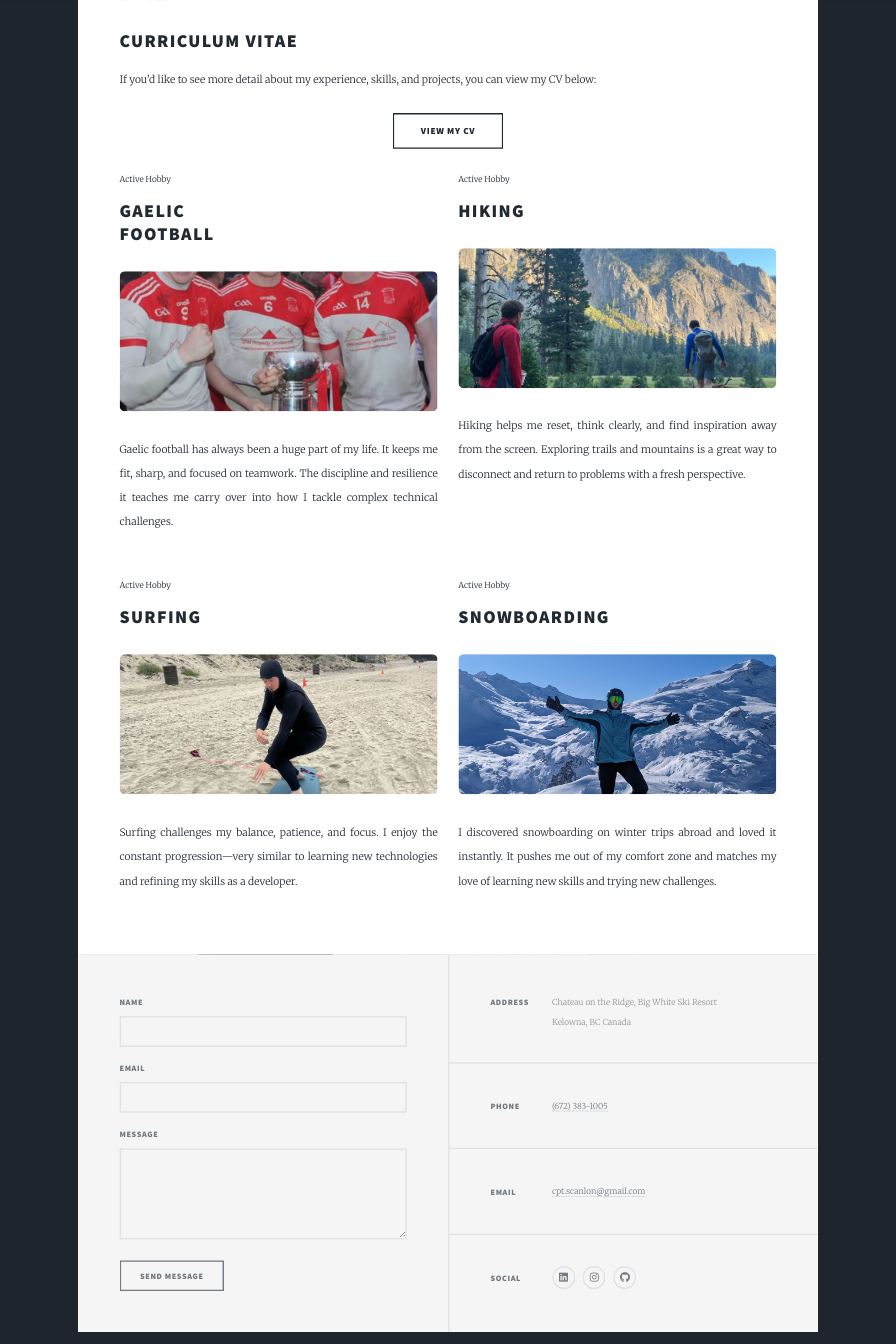
Repository: ciaranscan6/PersonalWebsite
Page: about-me.html
An editor plug-in stored every save of this project. The page is shown before and after the next save, followed by the edit.
The browser window is 1280 px wide. The pictures show the part of the page from y = 1651 to 3571 px (the page is 3689 px tall before and 4652 px after), at 70% of full size.
A picture or video elsewhere on the page could not be fetched, so the positions and the page height are approximate.

Above is the page before, as saved 2025-11-22 03:22:32.

### about-me.html
<!DOCTYPE HTML>
<!--
	Massively by HTML5 UP
	html5up.net | @ajlkn
	Free for personal and commercial use under the CCA 3.0 license (html5up.net/license)
-->
<html>
	<head>
		<title>About Me</title>
		<meta charset="utf-8" />
		<meta name="viewport" content="width=device-width, initial-scale=1, user-scalable=no" />
		<link rel="stylesheet" href="assets/css/main.css" />
		<noscript><link rel="stylesheet" href="assets/css/noscript.css" /></noscript>

		<!-- Small custom styles for the hobbies section -->
		<style>
			/* Force a clean 2×2 grid on larger screens */
			.posts {
				display: grid;
				grid-template-columns: repeat(2, minmax(0, 1fr));
				gap: 2rem;
			}

			@media screen and (max-width: 800px) {
				.posts {
					grid-template-columns: 1fr;
				}
			}

			/* Uniform image area so the text doesn't move when images change */
			.posts .image.fit img {
				width: 100%;
				height: 200px;      /* adjust height if you like */
				object-fit: cover;  /* keeps all images same visual size */
				border-radius: 0.5rem;
				transition: opacity 0.4s ease;
			}

			.posts .image.fit img.fade-out {
				opacity: 0;
			}
		</style>

	</head>
	<body class="is-preload">

		<!-- Wrapper -->
			<div id="wrapper">

				<!-- Header -->
					<header id="header">
						<a href="index.html" class="logo">Ciarán Scanlon</a>
					</header>

				<!-- Nav -->
					<nav id="nav">
						<ul class="links">
							<li><a href="index.html">Projects</a></li>
							<li class="active"><a href="about-me.html">About Me</a></li>
							<li><a href="elements.html">Elements Reference</a></li>
						</ul>
						<ul class="icons">
							<li><a href="#" class="icon brands fa-linkedin"><span class="label">LinkedIn</span></a></li>
							<li><a href="#" class="icon brands fa-facebook-f"><span class="label">Facebook</span></a></li>
							<li><a href="#" class="icon brands fa-instagram"><span class="label">Instagram</span></a></li>
							<li><a href="#" class="icon brands fa-github"><span class="label">GitHub</span></a></li>
						</ul>
					</nav>

				<!-- Main -->
					<div id="main">

						<!-- Post -->
							<section class="post">
								<header class="major">
									<span class="date">November 21, 2025</span>
									<h1>A Bit About Me</h1>
									<p>
										I’m a 23-year-old Computer Science graduate from University College Dublin, originally from Longford, Ireland.
										I’m outgoing, adventurous, and love solving real-world problems with technology.
									</p>
								</header>

								<!-- Main portrait / banner image -->
								<div class="image main">
									<img src="images\IMG_2796.JPG" alt="Photo of Ciarán Scanlon" />
								</div>

								<!-- About Me Content -->
								<p>
									I studied Computer Science at <strong>University College Dublin (UCD)</strong>, where I developed a strong foundation in
									software development, problem solving, and working with others on challenging projects. I’m particularly interested in
									<strong>cybersecurity</strong>, <strong>sustainability</strong>, and building software that can make a meaningful difference
									to people and the planet.
								</p>

								<p>
									I enjoy working on projects where I can learn quickly, think creatively, and collaborate with others. Whether it’s
									designing secure systems, improving user experiences, or experimenting with new technologies, I’m always looking for
									opportunities to grow and contribute.
								</p>

								<!-- CV Button -->
								<section>
									<h2>Curriculum Vitae</h2>
									<p>
										If you’d like to see more detail about my experience, skills, and projects, you can view my CV below:
									</p>
									<ul class="actions special">
										<li>
											<a href="files\Ciarán_Scanlon_CV.pdf" target="_blank" class="button large">
												View My CV
											</a>
										</li>
									</ul>
								</section>

								<!-- Hobbies: Four mini slideshows -->
								<section class="posts">

									<!-- Gaelic Football -->
									<article>
										<header>
											<span class="date">Active Hobby</span>
											<h2><a href="#">Gaelic<br>Football</a></h2>
										</header>
										<a href="#" class="image fit">
											<img id="gaelic-rotator" src="images/gaelic1.jpg" alt="Gaelic football photos" />
										</a>
										<p>
											Gaelic football has always been a huge part of my life. It keeps me fit, sharp, and focused on teamwork. The
											discipline and resilience it teaches me carry over into how I tackle complex technical challenges.
										</p>
									</article>

									<!-- Hiking -->
									<article>
										<header>
											<span class="date">Active Hobby</span>
											<h2><a href="#">Hiking</a></h2>
										</header>
										<a href="#" class="image fit">
											<img id="hiking-rotator" src="images/hiking1.jpg" alt="Hiking photos" />
										</a>
										<p>
											Hiking helps me reset, think clearly, and find inspiration away from the screen. Exploring trails and mountains is
											a great way to disconnect and return to problems with a fresh perspective.
										</p>
									</article>

									<!-- Surfing -->
									<article>
										<header>
											<span class="date">Active Hobby</span>
											<h2><a href="#">Surfing</a></h2>
										</header>
										<a href="#" class="image fit">
											<img id="surfing-rotator" src="images/surf1.jpg" alt="Surfing photos" />
										</a>
										<p>
											Surfing challenges my balance, patience, and focus. I enjoy the constant progression—very similar to learning new
											technologies and refining my skills as a developer.
										</p>
									</article>

									<!-- Snowboarding -->
								  	<article>
										<header>
											<span class="date">Active Hobby</span>
											<h2><a href="#">Snowboarding</a></h2>
										</header>
										<a href="#" class="image fit">
											<img id="snowboarding-rotator" src="images/snow1.jpg" alt="Snowboarding photos" />
										</a>
										<p>
											I discovered snowboarding on winter trips abroad and loved it instantly. It pushes me out of my comfort zone and
											matches my love of learning new skills and trying new challenges.
										</p>
									</article>

								</section>

							</section>

					</div>

				<!-- Footer -->
					<footer id="footer">
						<section>
							<form method="post" action="https://formspree.io/f/xwpzvnny">
								<div class="fields">
									<div class="field">
										<label for="name">Name</label>
										<input type="text" name="name" id="name" required />
									</div>
									<div class="field">
										<label for="email">Email</label>
										<input type="email" name="email" id="email" required />
									</div>
									<div class="field">
										<label for="message">Message</label>
										<textarea name="message" id="message" rows="3" required></textarea>
									</div>
								</div>

								<input type="hidden" name="_subject" value="New Message From Portfolio Site">

								<ul class="actions">
									<li><input type="submit" value="Send Message" /></li>
								</ul>
							</form>
						</section>

						<section class="split contact">
							<section class="alt">
								<h3>Address</h3>
								<p>Chateau on the Ridge, Big White Ski Resort<br />
								Kelowna, BC Canada</p>
							</section>
							<section>
								<h3>Phone</h3>
								<p><a href="#">(672) 383-1005</a></p>
							</section>
							<section>
								<h3>Email</h3>
								<p><a href="#">cpt.scanlon@gmail.com</a></p>
							</section>
							<section>
								<h3>Social</h3>
								<ul class="icons alt">
									<li><a href="#" class="icon brands alt fa-linkedin"><span class="label">LinkedIn</span></a></li>
									<li><a href="#" class="icon brands alt fa-instagram"><span class="label">Instagram</span></a></li>
									<li><a href="#" class="icon brands alt fa-github"><span class="label">GitHub</span></a></li>
								</ul>
							</section>
						</section>
					</footer>

				<!-- Copyright -->
					<div id="copyright">
						<ul><li>&copy; Untitled</li><li>Design: <a href="https://html5up.net">HTML5 UP</a></li></ul>
					</div>

			</div>

		<!-- Scripts -->
			<script src="assets/js/jquery.min.js"></script>
			<script src="assets/js/jquery.scrollex.min.js"></script>
			<script src="assets/js/jquery.scrolly.min.js"></script>
			<script src="assets/js/browser.min.js"></script>
			<script src="assets/js/breakpoints.min.js"></script>
			<script src="assets/js/util.js"></script>
			<script src="assets/js/main.js"></script>

			<!-- JS: mini-slideshows for each hobby -->
			<script>
				document.addEventListener('DOMContentLoaded', function () {
					const rotators = [
						{
							id: 'gaelic-rotator',
							images: ['images/gaelic1.jpg', 'images/gaelic2.jpg']
						},
						{
							id: 'hiking-rotator',
							images: ['images/hiking1.jpg', 'images/hiking2.jpg']
						},
						{
							id: 'surfing-rotator',
							images: ['images/surf1.jpg', 'images/surf2.jpg']
						},
						{
							id: 'snowboarding-rotator',
							images: ['images/snow1.jpg', 'images/snow2.jpg']
						}
					];

					rotators.forEach(function (rotator) {
						const imgElement = document.getElementById(rotator.id);
						if (!imgElement) return;

						let current = 0;

						function rotate() {
							imgElement.classList.add('fade-out');

							setTimeout(function () {
								current = (current + 1) % rotator.images.length;
								imgElement.src = rotator.images[current];
								imgElement.classList.remove('fade-out');
							}, 400); // matches CSS transition
						}

						// change every 3 seconds
						setInterval(rotate, 5000);
					});
				});
			</script>





	</body>
</html>

Loaded but not shown: assets/css/fontawesome-all.min.css (library); assets/js/jquery.min.js (library); assets/js/jquery.scrollex.min.js (common file); assets/js/jquery.scrolly.min.js (common file); assets/js/browser.min.js (common file); assets/js/breakpoints.min.js (common file); assets/js/util.js (587 lines, source omitted); assets/js/main.js (258 lines, source omitted); assets/css/main.css (4702 lines, source omitted)

After the next save:
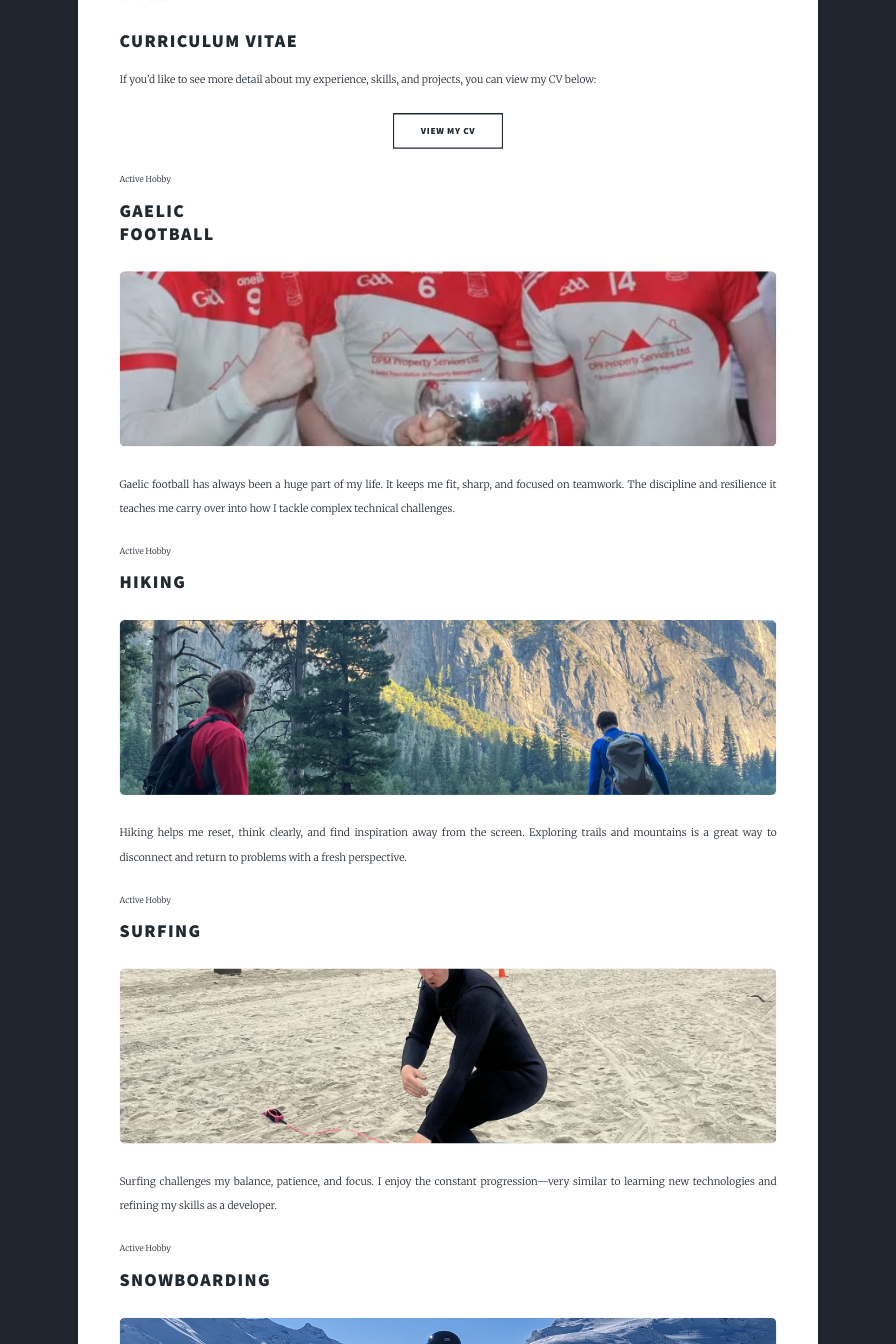
Saved 79 s later.
--- a/about-me.html
+++ b/about-me.html
@@ -11,35 +11,6 @@
 		<meta name="viewport" content="width=device-width, initial-scale=1, user-scalable=no" />
 		<link rel="stylesheet" href="assets/css/main.css" />
 		<noscript><link rel="stylesheet" href="assets/css/noscript.css" /></noscript>
-
-		<!-- Small custom styles for the hobbies section -->
-		<style>
-			/* Force a clean 2×2 grid on larger screens */
-			.posts {
-				display: grid;
-				grid-template-columns: repeat(2, minmax(0, 1fr));
-				gap: 2rem;
-			}
-
-			@media screen and (max-width: 800px) {
-				.posts {
-					grid-template-columns: 1fr;
-				}
-			}
-
-			/* Uniform image area so the text doesn't move when images change */
-			.posts .image.fit img {
-				width: 100%;
-				height: 200px;      /* adjust height if you like */
-				object-fit: cover;  /* keeps all images same visual size */
-				border-radius: 0.5rem;
-				transition: opacity 0.4s ease;
-			}
-
-			.posts .image.fit img.fade-out {
-				opacity: 0;
-			}
-		</style>
 
 	</head>
 	<body class="is-preload">
